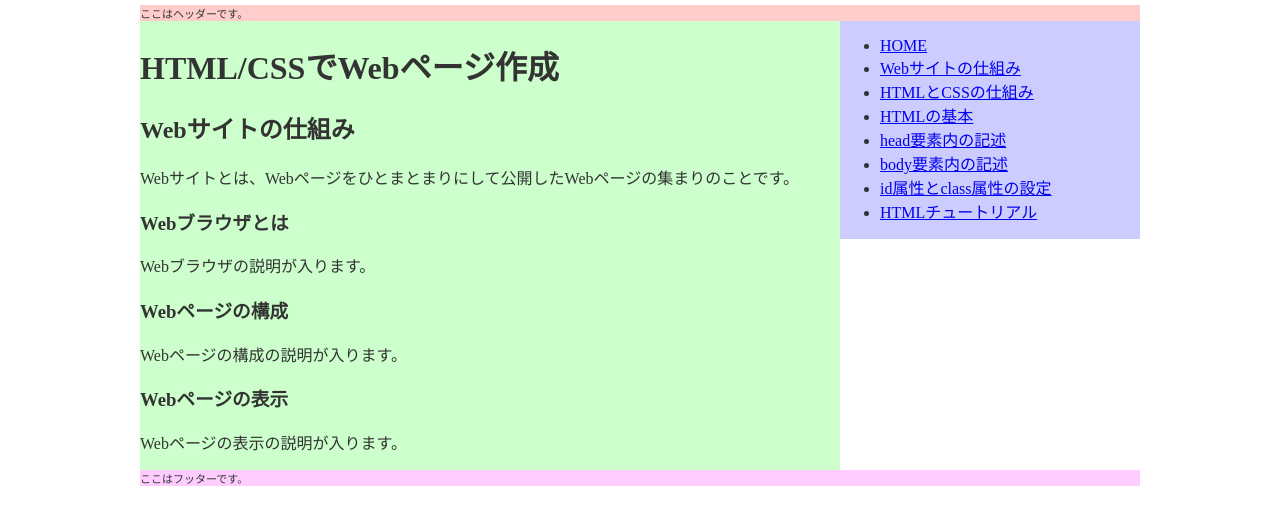
Repository: sugihiro1/test_laravel
Page: kadai_css/kadai_css.html
The author's editor kept a record of every edit. The page is drawn from the files as they stood at one moment, then again after the next edit.
The browser window is 1280 px wide. The pictures show the whole page.

Above is the page before.

After the next edit:
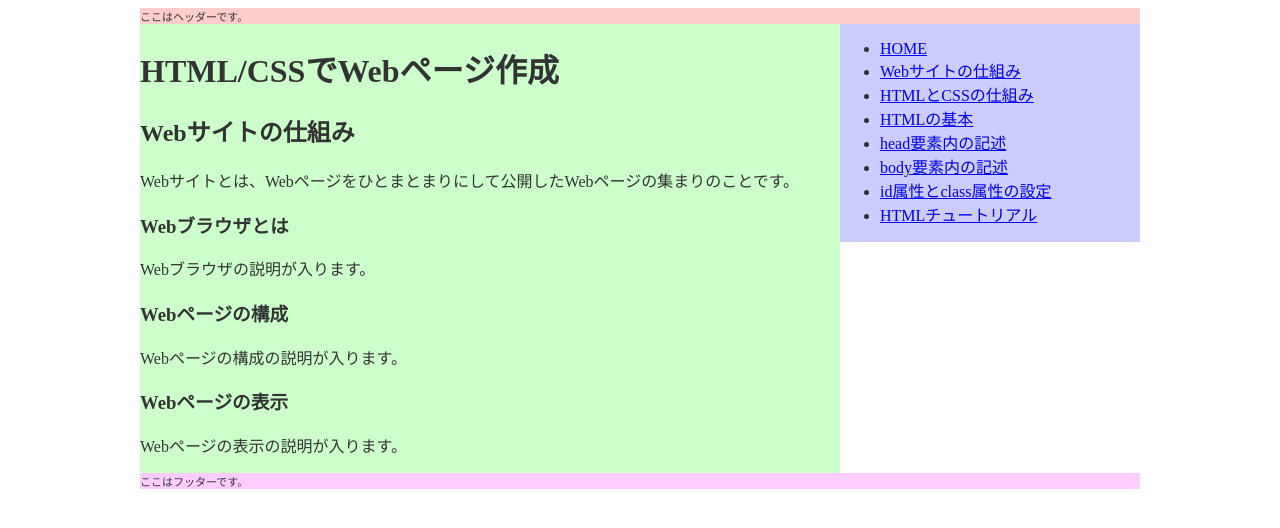
The edit:
--- a/kadai_css/kadai_css.css
+++ b/kadai_css/kadai_css.css
@@ -3,7 +3,7 @@
 
 /* body全体のcss設定  */
 body {
-    margin: 0;
+    margin: 5, 5, 0;
     padding: 0;
     color: #333;  /* 文字色を少しグレーにする */
 
